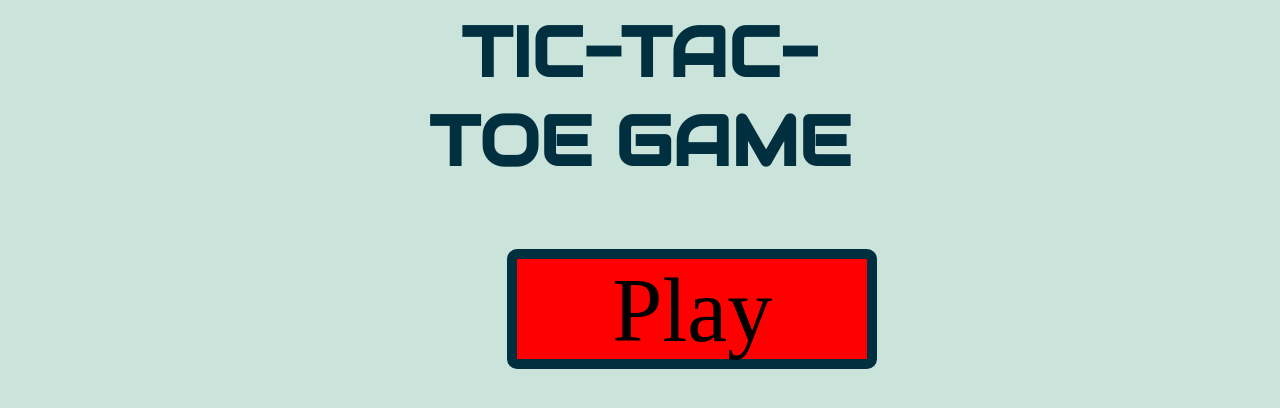
Repository: blackSky1213/tic-tac-toe
Page: index.html
The author's editor kept a copy of each file at every save. The page is drawn from the files as they stood at one save, then again after a run of saves.
The browser window is 1280 px wide. The pictures show the whole page.

Above is the page before, as saved 2020-12-28 20:46:19.

### index.html
<!DOCTYPE html>
<html lang="en">

<head>
    <meta charset="UTF-8">
    <meta name="viewport" content="width=device-width, initial-scale=1.0">
    <title>Tic-Tac-Toe</title>
    <link rel="preconnect" href="https://fonts.gstatic.com">
    <link href="https://fonts.googleapis.com/css2?family=Audiowide&display=swap" rel="stylesheet">
    <link rel="stylesheet" href="styles/index.css">
</head>

<body>
    <h1 class="title">TIC-TAC-TOE GAME</h1>
    <div class="start"><spam class="play">Play</spam></div>
</body>

</html>

### styles/index.css
body{
    background-color:#cae4db;
}
.title{
    text-align:center;
    font-size:70px;
    margin:auto 30% auto 30%;
    font-family:'Audiowide', cursive;
    color:#00303f;
}
.start{
    background-color:red;
    width:350px;
    height:100px;
    margin:5% 30% auto 30%;
    position:relative;
    left:120px;
    border-radius: 10px;
    text-align: center;
    font-size: 90px;
    border:solid 10px #00303f;

}

After the next 5 saves:
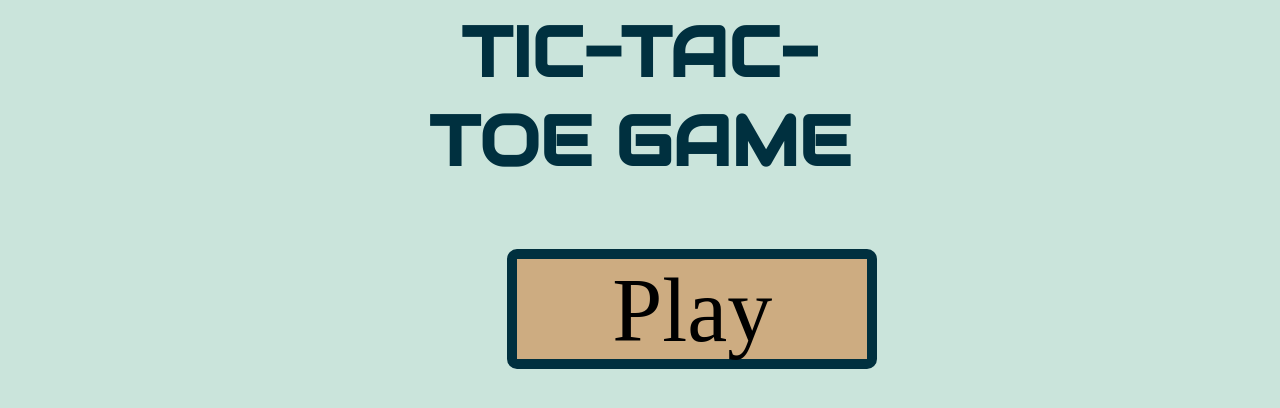
The 5 saves are shown as one change because they came seconds apart.
The last was saved 24 s later.
--- a/styles/index.css
+++ b/styles/index.css
@@ -9,7 +9,7 @@ body{
     color:#00303f;
 }
 .start{
-    background-color:red;
+    background-color:#cdac81;
     width:350px;
     height:100px;
     margin:5% 30% auto 30%;
